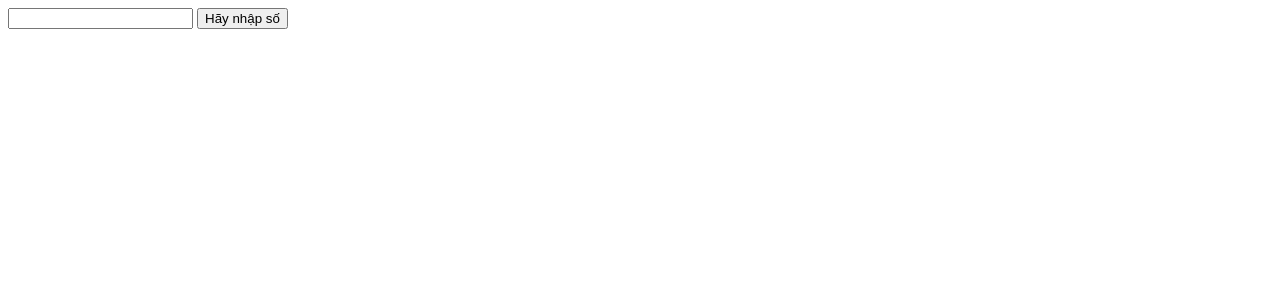
Repository: lhggiang/sochanle
Page: index.html
These files come from the project's save history. The page is drawn as it stood at one moment and after the next save; the edit follows.
The browser window is 1280 px wide. The pictures show the whole page.

Above is the page before, as saved 2023-04-28 19:52:24.

### index.html
<!DOCTYPE html>
<html lang="en">

<head>
    <meta charset="UTF-8">
    <meta http-equiv="X-UA-Compatible" content="IE=edge">
    <meta name="viewport" content="width=device-width, initial-scale=1.0">
    <title>Số chẵn lẻ</title>
</head>

<body>
    <input type="number" id="numb">
    <button type="button" id="btn">Hãy nhập số </button>
    <script>



        document.getElementById("btn").onclick = function () {
            let a = document.getElementById("numb");
            let b = parseInt(a.value);
            if (b % 2 == 0) {
                alert("a la so chan")

            } else {
                alert(" a la so le")
            }

        }


    </script>
</body>

</html>

After the next save:
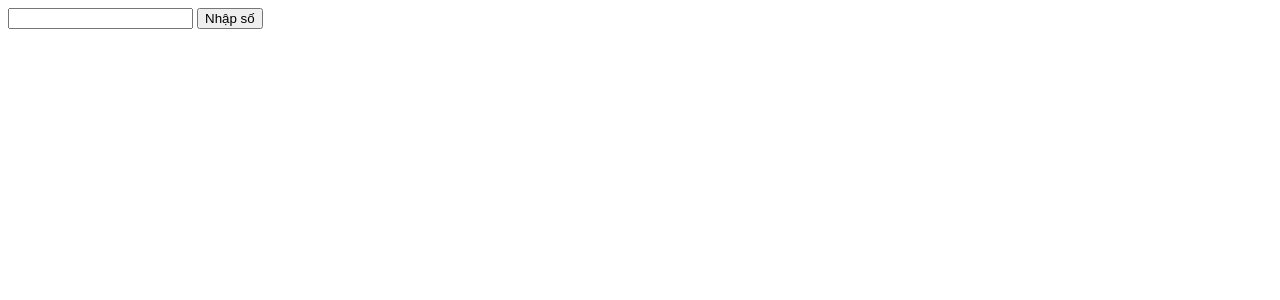
Saved 2 min 41 s later.
--- a/index.html
+++ b/index.html
@@ -9,25 +9,18 @@
 </head>
 
 <body>
-    <input type="number" id="numb">
-    <button type="button" id="btn">Hãy nhập số </button>
+    <input type="number" class="number">
+    <button type="button" class="button">Nhập số </button>
     <script>
-
-
-
-        document.getElementById("btn").onclick = function () {
-            let a = document.getElementById("numb");
+        document.querySelector(".button").onclick = function () {
+            let a = document.querySelector(".number");
             let b = parseInt(a.value);
             if (b % 2 == 0) {
                 alert("a la so chan")
-
             } else {
                 alert(" a la so le")
             }
-
         }
-
-
     </script>
 </body>
 
